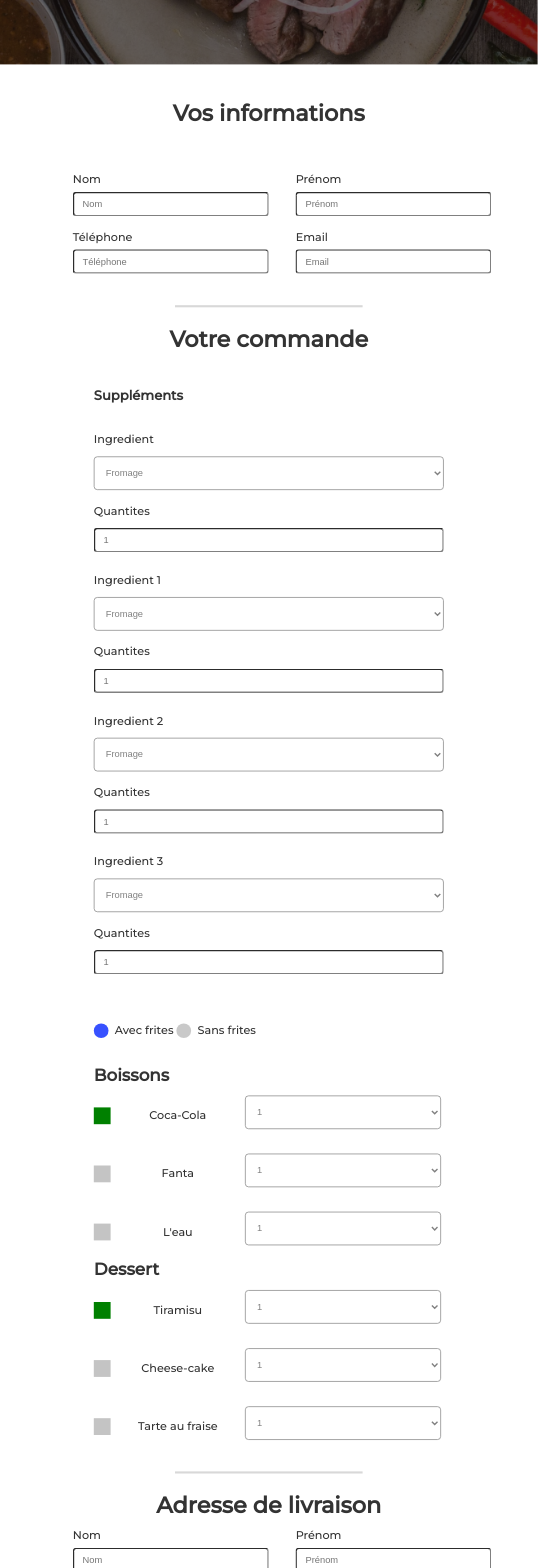
Repository: sisilass31/bella-olonje
Page: html/commande.html
The author's editor kept a copy of each file at every save. The page is drawn from the files as they stood at one save, then again after the next save.
The browser window is 768 px wide. The pictures show the part of the page from y = 730 to 2970 px (the page is 3407 px tall before and 3453 px after), at 70% of full size.
Some web libraries are served in a nearby version.

Above is the page before, as saved 2023-02-15 09:21:34.

### html/commande.html
<!DOCTYPE html>
<html lang="fr">

<head>
  <meta charset="UTF-8">
  <meta http-equiv="X-UA-Compatible" content="IE=edge">
  <meta name="viewport" content="width=device-width, initial-scale=1.0">
  <link rel="stylesheet" href="https://pro.fontawesome.com/releases/v5.10.0/css/all.css">
  <link rel="stylesheet" href="../css/commande.css">
  <title>Votre commande</title>
</head>

<body>

  <header>
    <nav>
      <ul class='nav-bar'>
        <li class='logo'><a href='#'><img src="../img/logo.png" alt="jsp"></a></li>
        <input type='checkbox' id='check' />
        <span class="menu">
          <li><a href="index.html" class="nav-link">Home</a></li>
          <li><a href="#pizza" class="nav-link">Pizzas</a></li>
          <li><a href="#burger" class="nav-link">Burgers</a></li>
          <li><a href="#salades" class="nav-link">Salades</a></li>
          <li><a href="index3.html" class="nav-link">Contact</a></li>
          <label for="check" class="close-menu"><i class="fas fa-times"></i></label>
        </span>
        <label for="check" class="open-menu"><i class="fas fa-bars"></i></label>
      </ul>
    </nav>

    <div class="food_app">
      <div class="title_food_app">
        <h3>Food app</h3>
        <strong>Chez Bella <br>chaque désir s'additionne.</strong>
      </div>
    </div>
  </header>

  <main>
    <div class="infos" id="form-infos">
      <form>
        <h1>Vos informations</h1>

        <div class="grp_infos">
          <div class="nom_prenom">
            <div class="label1">
              <label class="label_nom">Nom</label><br>
              <input type="text" placeholder="Nom">
            </div>
            <div class="label1">
              <label class="label_nom">Prénom</label><br>
              <input type="text" placeholder="Prénom">
            </div>
          </div>

          <div class="telephone_email">
            <div class="label1">
              <label class="label_nom">Téléphone</label><br>
              <input type="text" placeholder="Téléphone">
            </div>
            <div class="label1">
              <label class="label_nom">Email</label><br>
              <input type="text" placeholder="Email">
            </div>
          </div>
        </div>
      </form>
    </div>

    <hr>

    <div class="commande">
      <form>
        <h1>Votre commande</h1>
        <h3>Suppléments</h3>
        <div class="grp_suppliment">
          <div class="ingredient_quantite">
            <div class="fromage">
              <label>Ingredient</label><br>
              <select name="ingr" class="suppléments">
                <option value="fromage">Fromage</option>
                <option value="fromage">Fromage</option>
                <option value="fromage">Fromage</option>
                <option value="fromage">Fromage</option>
                <option value="fromage">Fromage</option>
                <option value="fromage">Fromage</option>
                <option value="fromage">Fromage</option>
              </select>
            </div>
            <div class="box">
              <label>Quantites</label><br>
              <input type="number" min="0" placeholder="1">
            </div>
          </div>

          <div class="ingredient_quantite">
            <div class="fromage">
              <label>Ingredient 1</label><br>
              <select name="ingr" class="suppléments">
                <option value="fromage">Fromage</option>
                <option value="fromage">Fromage</option>
                <option value="fromage">Fromage</option>
                <option value="fromage">Fromage</option>
                <option value="fromage">Fromage</option>
                <option value="fromage">Fromage</option>
                <option value="fromage">Fromage</option>
              </select>
            </div>
            <div class="box">
              <label>Quantites</label><br>
              <input type="number" min="0" placeholder="1">
            </div>
          </div>

          <div class="ingredient_quantite">
            <div class="fromage">
              <label>Ingredient 2</label><br>
              <select name="ingr" class="suppléments">
                <option value="fromage">Fromage</option>
                <option value="fromage">Fromage</option>
                <option value="fromage">Fromage</option>
                <option value="fromage">Fromage</option>
                <option value="fromage">Fromage</option>
                <option value="fromage">Fromage</option>
                <option value="fromage">Fromage</option>
              </select>
            </div>
            <div class="box">
              <label>Quantites</label><br>
              <input type="number" min="0" placeholder="1">
            </div>
          </div>

          <div class="ingredient_quantite">
            <div class="fromage">
              <label>Ingredient 3</label><br>
              <select name="ingr" class="suppléments">
                <option value="fromage">Fromage</option>
                <option value="fromage">Fromage</option>
                <option value="fromage">Fromage</option>
                <option value="fromage">Fromage</option>
                <option value="fromage">Fromage</option>
                <option value="fromage">Fromage</option>
                <option value="fromage">Fromage</option>
              </select>
            </div>
            <div class="box">
              <label>Quantites</label><br>
              <input type="number" min="0" placeholder="1">
            </div>
          </div>
        </div>


        <div class="check2">
          <label class="container">Avec frites
            <input type="radio" checked="checked" name="radio">
            <span class="checkmark"></span>
          </label>
          <label class="container">Sans frites
            <input type="radio" name="radio">
            <span class="checkmark"></span>
          </label>
        </div>


        <div class="all">
          <div class="content_of_boisson">
            <h2>Boissons</h2>
            <div class="boissons">
              <div class="carre"></div>
              <label>Coca-Cola</label>
              <select name="Fromage" class="Fromage" style="margin-top: 10px;">
                <option value="">1</option>
                <option value="">2</option>
                <option value="">3</option>
                <option value="">4</option>
              </select>
            </div>
            <div class="boissons">
              <div class="carre grey"></div>
              <label>Fanta</label>
              <select name="Fromage" class="Fromage" style="margin-top: 10px;">
                <option value="">1</option>
                <option value="">2</option>
                <option value="">3</option>
                <option value="">4</option>
              </select>
            </div>
            <div class="boissons">
              <div class="carre grey"></div>
              <label>L'eau</label>
              <select name="Fromage" class="Fromage" style="margin-top: 10px;">
                <option value="">1</option>
                <option value="">2</option>
                <option value="">3</option>
                <option value="">4</option>
              </select>
            </div>
          </div>

          <div class="content_of_dessert">
            <h2>Dessert</h2>
            <div class="boissons dessert">
              <div class="carre"></div>
              <label>Tiramisu</label>
              <select name="Fromage" class="Fromage" style="margin-top: 10px;">
                <option value="">1</option>
                <option value="">2</option>
                <option value="">3</option>
                <option value="">4</option>
              </select>
            </div>
            <div class="boissons dessert">
              <div class="carre grey"></div>
              <label>Cheese-cake</label>
              <select name="Fromage" class="Fromage" style="margin-top: 10px;">
                <option value="">1</option>
                <option value="">2</option>
                <option value="">3</option>
                <option value="">4</option>
              </select>
            </div>
            <div class="boissons dessert">
              <div class="carre grey"></div>
              <label>Tarte au fraise</label>
              <select name="Fromage" class="Fromage" style="margin-top: 10px;">
                <option value="">1</option>
                <option value="">2</option>
                <option value="">3</option>
                <option value="">4</option>
              </select>
            </div>
          </div>
        </div>

      </form>
    </div>

    <hr>

    <div class="livraison">
      <form>
        <h1>Adresse de livraison</h1>
        <div class="grp_infos">
          <div class="nom_prenom">
            <div class="label1">
              <label class="label_nom">Nom</label><br>
              <input type="text" placeholder="Nom">
            </div>
            <div class="label1">
              <label class="label_nom">Prénom</label><br>
              <input type="text" placeholder="Prénom">
            </div>
          </div>

          <div class="telephone_email">
            <div class="label1">
              <label class="label_nom">Téléphone</label><br>
              <input type="text" placeholder="Téléphone">
            </div>
            <div class="label1">
              <label class="label_nom">Email</label><br>
              <input type="text" placeholder="Email">
            </div>
          </div>
          <div class="nom_prenom">
            <div class="label1">
              <label class="label_nom">Adresse</label><br>
              <input type="text" placeholder="Adresse">
            </div>
            <div class="label1">
              <label class="label_nom">Code postale</label><br>
              <input type="text" placeholder="Code postale">
            </div>
          </div>

          <div class="telephone_email">
            <div class="label1">
              <label class="label_nom">Ville</label><br>
              <input type="text" placeholder="Ville">
            </div>
            <div class="label1">
              <label class="label_nom">Pays</label><br>
              <input type="text" placeholder="Pays">
            </div>
          </div>
        </div>
        <div class="div_button"><button class="button" type="button">Envoyer</button></div>
      </form>

    </div>
  </main>

</body>

### css/commande.css
@import url('https://fonts.googleapis.com/css2?family=Montserrat:wght@100;200;500&display=swap');

* {
    margin: 0px;
    padding: 0px;
    scroll-behavior: smooth;
    box-sizing: border-box;
}

html,
body {
    font-family: Montserrat, sans-serif;
    background-size: cover;
    background-position: center;
    height: 100vh;
    background-repeat: no-repeat;
    scroll-behavior: smooth;
}

/*navbar*/
.nav-bar {
    width: 100%;
    display: flex;
    justify-content: space-between;
    align-items: center;
    list-style: none;
    position: relative;
    background-color: #FFF;
    padding: 12px 20px;
}

.logo img {
    width: 150px;
}

.menu {
    display: flex;
}

.menu li {
    padding-left: 30px;
    padding-right: 55px;
}

.menu li a {
    display: inline-block;
    text-decoration: none;
    color: #333;
    text-align: center;
    position: relative;
}

.menu li a:hover {
    color: #FA4A0C;
}

.open-menu {
    position: absolute;
    color: #FA4A0C;
    cursor: pointer;
    font-size: 1.5rem;
    display: none;
}

.close-menu {
    position: absolute;
    color: #333;
    cursor: pointer;
    font-size: 1.5rem;
    display: none;
    padding: 10px;
}

.open-menu {
    top: 50%;
    right: 20px;
    transform: translateY(-50%);
}

.close-menu {
    top: 20px;
    right: 20px;
}

#check {
    display: none;
}

@media(max-width: 920px) {
    .menu {
        flex-direction: column;
        align-items: center;
        width: 60%;
        height: 100vh;
        position: fixed;
        top: 0;
        right: -100%;
        z-index: 100;
        background-color: rgb(152, 152, 152);
        ;
        transition: all 0.2s ease-in-out;
        padding-top: 100px;
    }

    .menu li {
        margin-top: 40px;
    }

    .menu li a {
        padding: 10px;
        color: #FFF;
    }

    .open-menu {
        display: block;
        padding-right: 25px;
        padding-top: 13px;
    }

    .close-menu {
        display: block;
        color: #FFF;
        padding-right: 25px;
        padding-top: 22px;
    }

    #check:checked~.menu {
        right: 0;
    }

    .menu li a:hover {
        color: #333;
    }

    .nav-link {
        font-family: Montserrat;
        letter-spacing: .8px;
    }
}

/*navbar*/


/*food_app*/
.title_food_app {
    padding-top: 50px;
}

.food_app {
    background-image: url(../img/food_app.png);
    min-height: 90vh;
    background-repeat: no-repeat;
    background-position: center;
    background-size: cover;
}

.title_food_app h3 {
    font-family: 'Montserrat';
    font-style: normal;
    font-weight: 550;
    font-size: 24px;
    line-height: 36px;
    text-align: center;
    letter-spacing: 0.1px;
    color: #F7F7F7;
    padding-top: 50px;
}

.title_food_app {

    font-family: Montserrat;
    font-style: normal;
    font-weight: 600;
    font-size: 58px;
    line-height: 80px;
    text-align: center;
    letter-spacing: 0.2px;
    color: #FFFFFF;
}

.title_pizza {
    display: flex;
    justify-content: center;
    color: #000000;
}

/*food_app*/


/*infos*/


.ingredient_quantite {
    display: flex;
    flex-direction: row;
    justify-content: flex-start;
    gap: 20%;
    margin-bottom: 10px;
}


main {
    color: #333333;
}

.label1 input {
    width: 280px;
    height: 35px;
    margin-bottom: 20px;
    margin-top: 8px;
    padding: 5px 12px;
    color: grey;
    border-radius: 5px;
    border-color: gray;
}


.infos h1 {
    padding-top: 50px;
    padding-bottom: 30px;
    margin-left: 65px;
}

hr {
    height: 3px;
    background-color: #d8d8d8;
    border: none;
    margin: 25px 250px 25px;
}

.nom_prenom {
    display: flex;
    justify-content: space-between;
    padding: 0px 600px 28px 65px;
}

.telephone_email {
    display: flex;
    justify-content: space-between;
    padding: 0px 600px 28px 65px;
}

/*infos*/

/*livraison*/

.livraison h1 {
    margin-left: 65px;
    padding-top: 30px;
    padding-bottom: 50px;
}

/*livraison*/

/*commande*/
.suppléments {
    width: 280px;
    height: 48px;
    margin-bottom: 20px;
    margin-top: 15px;
    padding: 5px 12px;
    color: grey;
    border-radius: 5px;
    border-color: gray;
    background-color: #FFFFFF;
}


.commande {
    margin-left: 65px;
}

.commande h1 {
    padding-top: 30px;
}

.commande h3 {
    padding-top: 50px;
    padding-bottom: 42px;
}

.box input {
    width: 280px;
    height: 35px;
    margin-bottom: 20px;
    margin-top: 15px;
    padding: 5px 12px;
    color: grey;
    border-radius: 5px;
    border-color: gray;
}

.boissons_dessert {
    display: flex;
    flex-direction: row;
}

/*commande*/


.div_button {
    padding: 50px 150px 70px 0px;
    display: flex;
    justify-content: flex-end;
}

button {
    border: 0;
    line-height: 2.5;
    width: 120px;
    padding: 0 18px;
    font-size: 18px;
    text-align: center;
    color: #fff;
    border-radius: 20px;
    background-color: #FA4A0C;
    box-shadow: 1px 1px 5px #B73227;
}


/*dessert et boissons*/

.avec,
.sans {
    display: flex;
    flex-direction: row;
    justify-content: space-around;
    width: 150px;
    height: 40px;
    align-items: center;
}

.sans_f {
    padding-top: 39px;
    padding-left: 50px;
}

.avec_f {
    padding-left: 10px;
}



.boissons {
    display: flex;
    align-items: center;
    justify-content: space-between;
    width: 31rem;
    padding-top: 5px;
}

.carre {
    width: 24px;
    height: 24px;
    background-color: green;
}

.carre.grey {
    background-color: #C4C4C4;
}

.all {
    display: flex;
}

.content_of_dessert {
    margin-left: 186px;
}

.Fromage {
    padding: 7px;
    border-radius: 5px;
    width: 280px;
    height: 48px;
    margin-bottom: 20px;
    margin-top: 8px;
    padding: 5px 12px;
    color: grey;
    border-radius: 5px;
    border-color: gray;
    background-color: #FFFFFF;
}

/*dessert et boissons*/


/*checkbox*/
.check2 {
    padding-top: 40px;
    padding-bottom: 40px;
}

.container {
    position: relative;
    cursor: pointer;
    font-size: 16px;
    padding-left: 30px;
}

.container input {
    position: absolute;
    opacity: 0;
    cursor: pointer;
}

.checkmark {
    position: absolute;
    top: 0;
    left: 0;
    height: 21px;
    width: 21px;
    background-color: rgba(176, 176, 176, 0.677);
    border-radius: 50%;
}


.container input:checked~.checkmark {
    background-color: #3751FF;
}

.checkmark:after {
    position: absolute;
    display: none;
}

.container input:checked~.checkmark:after {
    display: block;
}

.container .checkmark:after {
    top: 9px;
    left: 9px;
    width: 8px;
    background: white;
}

/*checkbox*/

/*responsive*/
@media (max-width:767px) {
    .grp_infos {
        display: flex;
    }

    .nom_prenom {
        flex-direction: column;
        justify-content: center;
        padding: 0;
        margin-left: 5%;
    }

    .telephone_email {
        flex-direction: column;
        justify-content: center;
        padding: 0;
        margin-left: 5%;
    }

    .content_of_dessert {
        margin-left: 0px;
    }

    .all {
        flex-direction: column;
    }
}

/* Ipad Mini to ipad */
@media screen and (min-width:768px) and (max-width:991px) {
    .grp_infos {
        display: flex;
        flex-direction: column;
        justify-content: center;
        margin-top: 2%;
    }

    .label1 {
        margin-left: 5%;
    }

    .infos h1 {
        padding: 50px;
        margin: 0;
        display: flex;
        justify-content: center;
    }

    .livraison h1 {
        padding: 0;
        margin: 0;
        display: flex;
        justify-content: center;
    }

    .nom_prenom {
        justify-content: center;
        padding: 0;
    }

    .telephone_email {
        justify-content: center;
        padding: 0;
    }

    .content_of_dessert {
        margin-left: 0px;
    }

    .all {
        display: flex;
        flex-direction: column;
        margin: 0;
    }

    form {
        display: flex;
        flex-direction: column;
    }

    .commande h1 {
        padding-top: 0;
        display: flex;
        justify-content: center;
    }

    .commande {
        margin-left: 0;
        display: flex;
        justify-content: center;
    }

    .ingredient_quantite {
        flex-direction: column;
    }

    .suppléments {
        width: 500px;
    }

    .box input {
        width: 500px;
    }
}

/* Ipad et Mini Ordi */
@media screen and (min-width:992px) and (max-width:1199px) {}

/*responsive*/

After the next save:
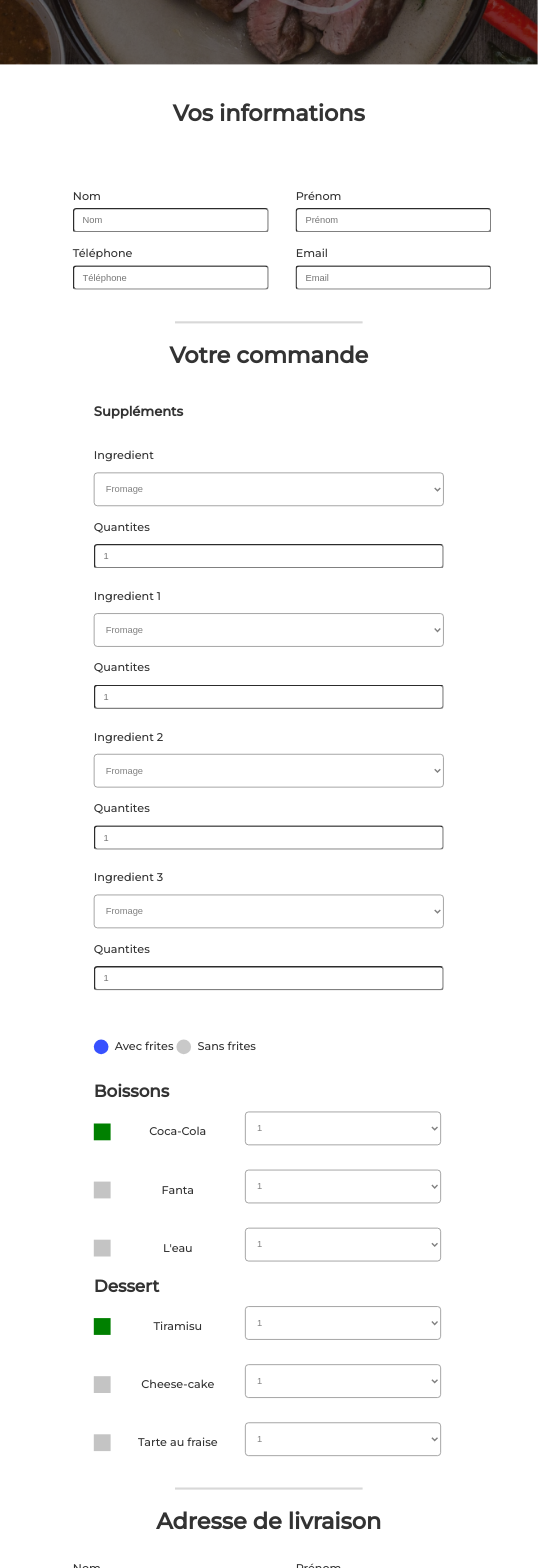
Saved 3 min 26 s later.
--- a/css/commande.css
+++ b/css/commande.css
@@ -471,7 +471,7 @@ button {
         display: flex;
         flex-direction: column;
         justify-content: center;
-        margin-top: 2%;
+        margin-top: 5%;
     }
 
     .label1 {
